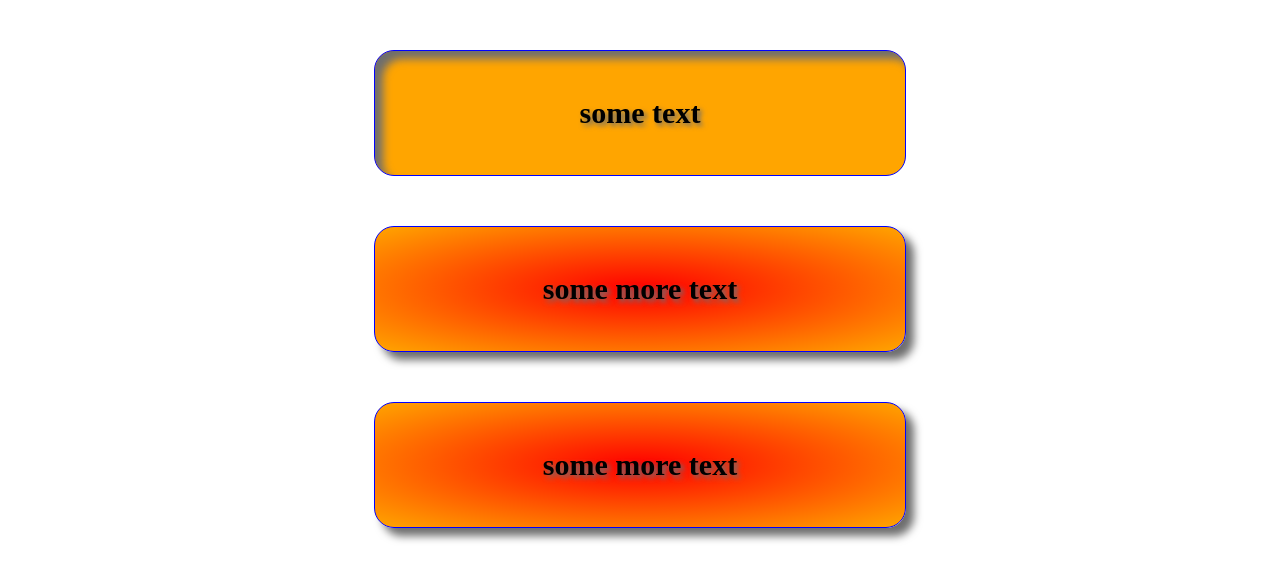
Repository: jksfoTemp/HTML5
Page: default.8.html
The author's editor kept a record of every edit. The page is drawn from the files as they stood at one moment, then again after the next edit.
The browser window is 1280 px wide. The pictures show the whole page.

Above is the page before.

### default.8.html
<!doctype html>
<html lang="en">
    <head>
        <meta charset="utf-8" />
        <title>Default 8, rounded corners, box shadow, text shadow, linear and
        radial gradient; parts 20, 21; 2:20:30</title>
        <link rel="stylesheet" href="css/default.8.css" />
    </head>

    <body>
        <div id="box1">
            <p id="text">some text</p>
        </div>

        <div id="box2">
            <p id="text">some more text</p>
        </div>

        <div id="box2">
            <p id="text">some more text</p>
        </div>
</html>

### css/default.8.css
body  {
    text-align: center;
}

#box1 {
    display:  box;
    width: 500px;
    margin: 50px auto;
    padding: 15px;
    text-align: center;
    border: 1px solid blue;
    background: orange;
    border-radius: 20px;
    box-shadow: rgb(110, 110, 110) 8px 8px 8px inset;
    /* RGB, offset to left and right, offset up and down, amountof gradient, optional layout */
}

#box2 {
    display:  box;
    width: 500px;
    margin: 50px auto;
    padding: 15px;
    text-align: center;
    border: 1px solid blue;
    /* background: -webkit-linear-gradient(top, black, white) ; */
    /* background: -webkit-linear-gradient(45deg, black, white); */
    background: -webkit-radial-gradient(center, ellipse, red 0%, orange) ;
    border-radius: 20px;
    box-shadow: rgb(110, 110, 110) 8px 8px 8px ;
    /* RGB, offset to left and right, offset up and down, amountof gradient, optional layout */
}

#box3 {
    display:  box;
    width: 500px;
    margin: 50px auto;
    padding: 15px;
    text-align: center;
    border: 1px solid blue;
    /* background: -webkit-linear-gradient(top, black, white) ; */
    /* background: -webkit-linear-gradient(45deg, black, white); */
    background: -webkit-radial-gradient(center, circle, red 0%, orange) ;
    border-radius: 20px;
    box-shadow: rgba(110, 110, 110, 0.6) 8px 8px 8px ;  /* the less the alpha value the lighter the shadow will be */
    /* RGB, offset to left and right, offset up and down, amountof gradient, optional layout */
}

#text{
    font: bold 30px Century Gothic;
    text-shadow: rgb(110, 110, 110) 3px 3px 5px ;
}

After the next edit:
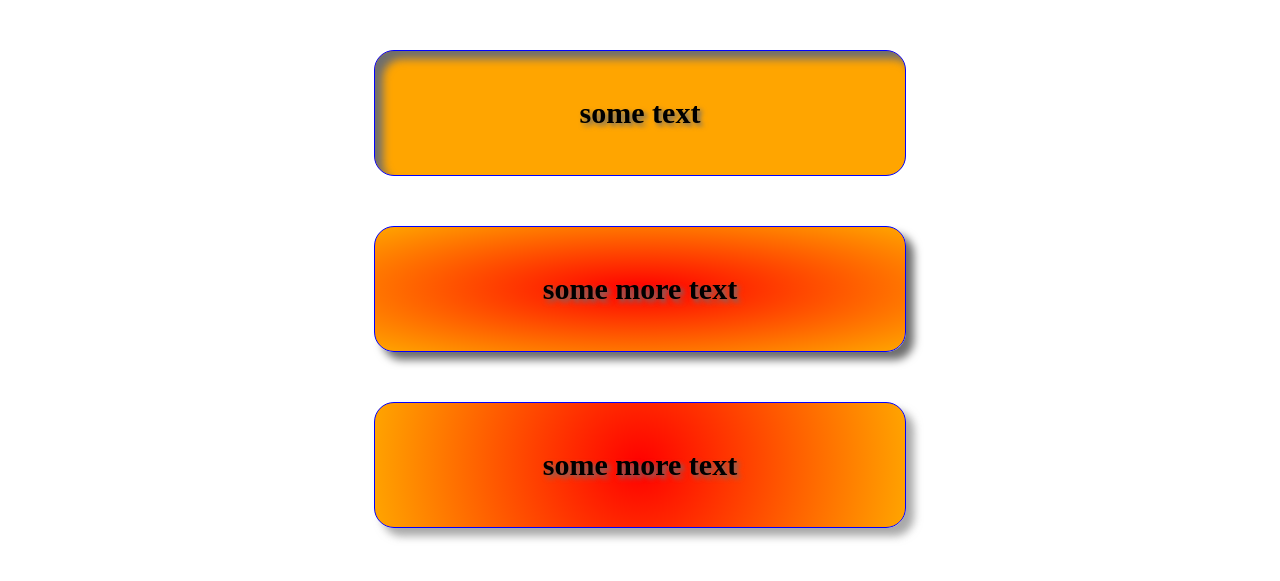
The edit:
--- a/default.8.html
+++ b/default.8.html
@@ -16,7 +16,7 @@
             <p id="text">some more text</p>
         </div>
 
-        <div id="box2">
+        <div id="box3">
             <p id="text">some more text</p>
         </div>
 </html>
